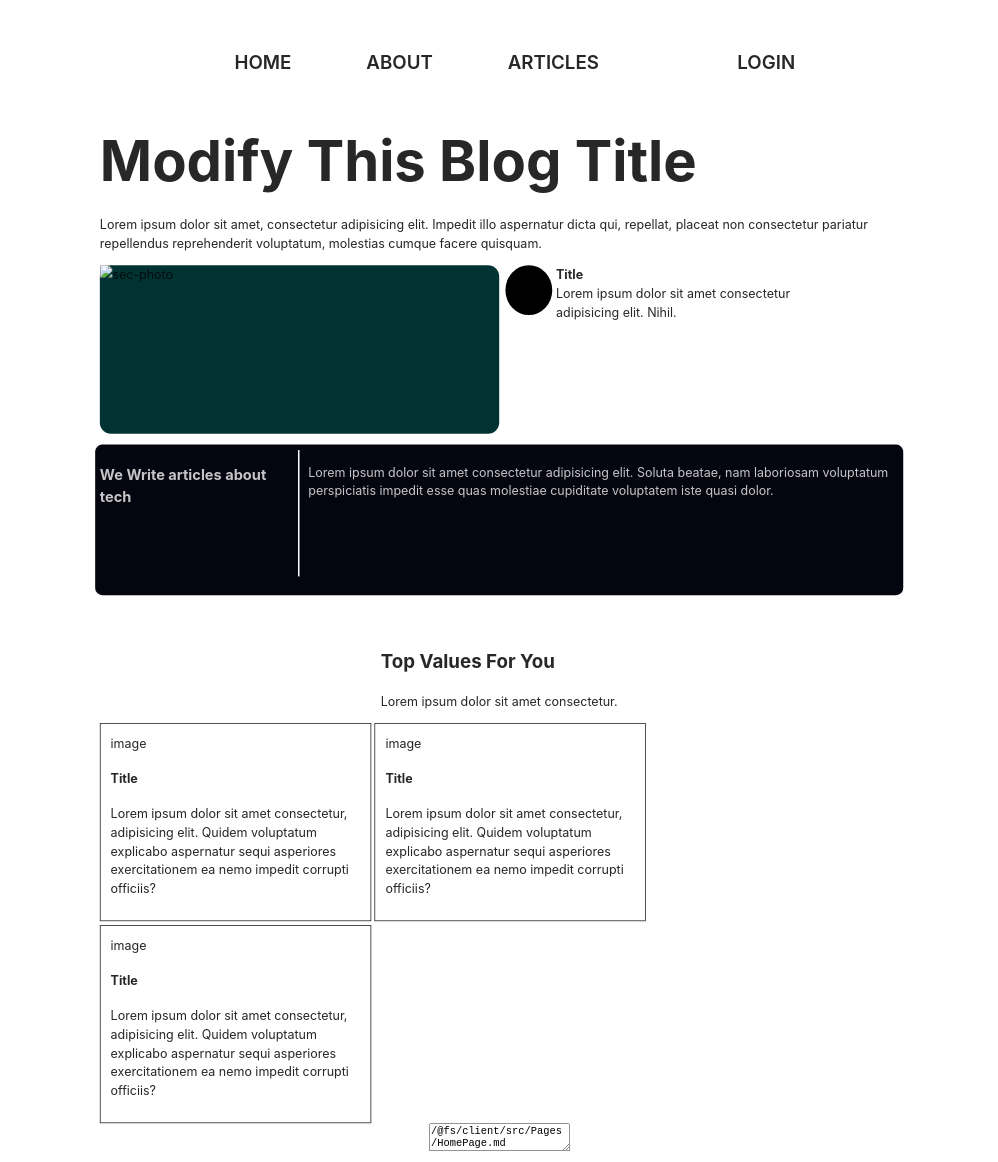
Repository: ValGrace/-static-site
Page: /home (app in client/)
These files come from the project's save history. The page is drawn as it stood at one moment and after the next save; the edit follows.
The browser window is 1280 px wide. The pictures show the whole page, at 78% of full size.
The project was rebuilt for these pictures with package versions that can differ from the ones it lists, and the page was loaded fresh each time. Also part of the build but not shown: client/vite.config.js, client/src/Utils/appwrite.js, client/src/Components/Inputs.css, client/src/Components/Login.jsx, client/src/Components/Signup.jsx, client/src/Pages/aboutPage.jsx, client/src/Pages/Articles.jsx.

Above is the page before, as saved 2023-02-12 08:46:54.

After the next save:
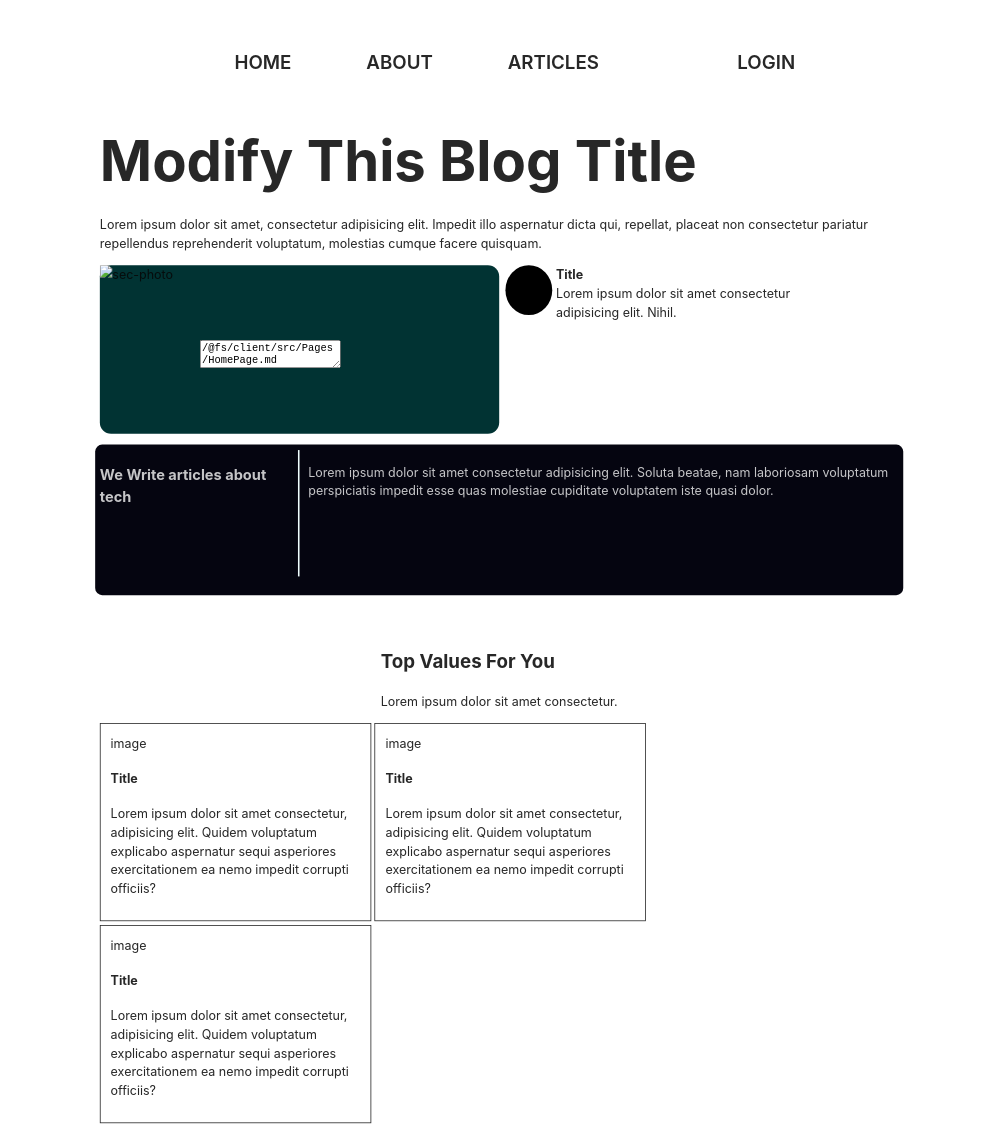
Saved 118 s later.
--- a/client/src/Components/InfoPage.css
+++ b/client/src/Components/InfoPage.css
@@ -40,7 +40,11 @@
     height: 95%;
     background-color: transparent;
 }
-
+.md-edit {
+    position: absolute;
+    width: 60vw;
+    height: 80vh;
+}
 @media screen and (min-width: 670px) {
     #abt-info {
         flex-direction: row-reverse;
